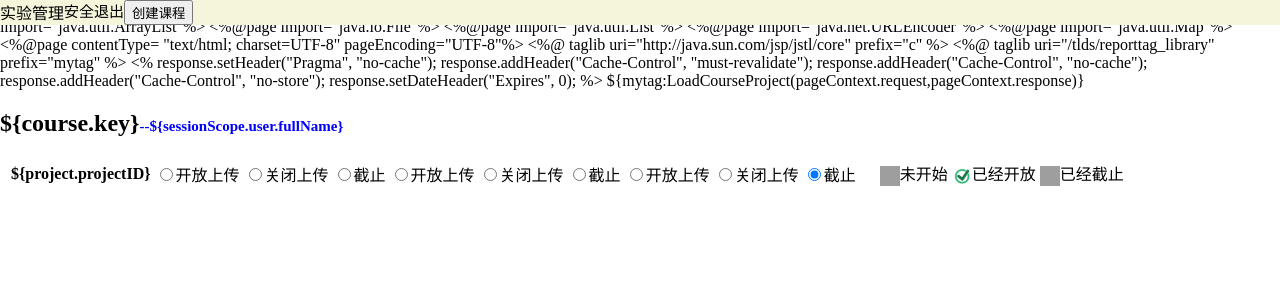
Repository: IAmJiangWenHao/ReportServer
Page: web/demo.html
These files come from the project's save history. The page is drawn as it stood at one moment and after the next save; the edit follows.
The browser window is 1280 px wide. The pictures show the whole page.
Pictures or frames that could not be fetched are drawn as grey boxes.

Above is the page before, as saved 2023-05-18 16:21:21.

### web/demo.html
<%@page import="com.report.javabeans.ExpClass"%>
<%@page import="com.report.javabeans.Project"%>
<%@page import="com.report.javabeans.User"%>
<%@page import="java.util.ArrayList"%>
<%@page import="java.io.File"%>
<%@page import="java.util.List"%>
<%@page import="java.net.URLEncoder"%>
<%@page import="java.util.Map"%>
<%@page contentType= "text/html; charset=UTF-8" pageEncoding="UTF-8"%>

<%@ taglib uri="http://java.sun.com/jsp/jstl/core" prefix="c" %>
<%@ taglib uri="/tlds/reporttag_library" prefix="mytag" %>
<!--script type="text/javascript" src="${pageContext.request.contextPath}/script/scriptV1.js?v=1.0"></script-->
<!DOCTYPE html>
<html>
  <%
    response.setHeader("Pragma", "no-cache");
    response.addHeader("Cache-Control", "must-revalidate");
    response.addHeader("Cache-Control", "no-cache");
    response.addHeader("Cache-Control", "no-store");
    response.setDateHeader("Expires", 0);
  %>
  <head>
    <meta http-equiv="Content-Type" content="text/html; charset=UTF-8">
    <title>实验上传系统 </title>
  </head>
  <body style="margin:0">
    ${mytag:LoadCourseProject(pageContext.request,pageContext.response)}
    <script>
      window.onload = function () {//Ajax实现更新项目状态
        var ratios = document.getElementsByTagName("input");//获取所有input（本页面的input只有单选按钮）
        var map = new Map();//记录单选按钮旧值
        for (var i = 0; i < ratios.length; i++) {
          map.set((i + 1).toString(), ratios[i].checked);
          //oninput事件在input的值发生改变时触发，这里监听单选按钮值得改变
          ratios[i].oninput = function () {
            var r = false;
            if (this.value === "deadline") {//是否选择截止
              //是否确认修改
              r = confirm("截止后不可再设置，确定截止？");
            }
            //取消截止
            if (this.value === "deadline" && r === false) {
              var list = document.getElementsByName(this.name);
              for (var j = 0; j < list.length; j++)
                list[j].checked = map.get(list[j].id);
              return;
            }
            ratioName = this.name;
            //确定截止，不允许再更改状态
            if (this.value === "deadline") {
              var list = document.getElementsByName(this.name);
              for (var j = 0; j < list.length; j++)
              {
                list[j].disabled = "disable";
                map.set(list[j].id, list[j].checked);
              }
            } else {
              var list = document.getElementsByName(this.name);
              for (var j = 0; j < list.length; j++)
                map.set(list[j].id, false);
              map.set(this.id, this.checked);
            }
            var formData = new FormData();//FormData 对象
            var course = ratioName.substr(0, ratioName.indexOf("-"));
            var project = ratioName.substr(ratioName.indexOf("-") + 1, ratioName.length - 1);
            //添加KV
            formData.append("project", project);//项目
            formData.append("course", course); //课程名
            formData.append("status", this.value);//状态
            var cell = document.getElementById(this.name);
            //显示实验项目状态提示信息
            cell.innerHTML = "&nbsp;&nbsp;&nbsp;&nbsp;&nbsp;";
            if (this.value === "open")
              cell.innerHTML += "<img style=\"vertical-align: middle;height:20px;width:20px\" src=\"./img/check.jpg\"/>已经开放";
            if (this.value === "close")
              cell.innerHTML += "<img style=\"vertical-align: middle;height:20px;width:20px\" src=\"./img/undone.png\"/>未开始";
            if (this.value === "deadline")
              cell.innerHTML += "<img style=\"vertical-align: middle;height:20px;width:20px\" src=\"./img/deadline.jpg\"/>已截止";
            //1.创建请求对象
            const xhr = new XMLHttpRequest();
            //2.设置请求行，这里用post(get请求数据写在url后面)
            //updateProject.do实现后端更新
            xhr.open("post", getAppPath() + "/updateProject.do");
            //3.设置请求头(get请求可以省略,post不发送数据也可以省略)
            //xhr.setRequestHeader("Content-type","application/x-www-form-urlencoded");
            // 用formData可以不写请求头，写了无法正常上传文件
            //4.请求主体发送(get请求为空，或者写null，post请求数据写在这里，
            //如果没有数据，直接为空或者写null)
            xhr.send(formData);
            //注册回调函数
            xhr.onload = function ()
            {
              if (xhr.readyState === 4)
              {
                if (xhr.status >= 200 && xhr.status <= 300)
                { //判断响应码 2XX 表示成功
                  console.log(xhr.response.toString());
                } else
                  console.log("响应码：" + xhr.status); //状态码
              } else
                console.log(xhr.readyState);
              ;
            };
          };
        }
        ;
      };
    </script>
    <script>
      function getAppPath() {
        //获取当前URL
        var curURL = window.document.location.href;
        //获取主机地址之后的路径部分（就是文件地址）
        var pathName = window.document.location.pathname;
        var pos = curURL.indexOf(pathName);
        //获取应用地址
        var host = curURL.substring(0, pos);
        //获取带"/"的应用名，如：/***
        var webAppName = pathName.substring(0, pathName.substr(1).indexOf('/') + 1);
        return host + webAppName;
      }
    </script>
    <script>
      var isIE = /msie/i.test(navigator.userAgent) && !window.opera;
      function fileChange(target, type) {
        var fileSize = 0;
        var filepath = target.value;
        var filemaxsize = 1024 * 5;//5M
        var flag = -1;
        if (filepath) {
          var fileend = filepath.substring(filepath.lastIndexOf("."));
          // alert(fileend);
          if (type && type.length > 0) {
            //alert(fileend.indexOf(type));
            if (fileend !== ".xlsx") {
              alert("只接受xlsx类型的文件！");
              target.value = "";
              return false;
            }
          }
        } else {
          return false;
        }
        if (isIE && !target.files) {
          var filePath = target.value;
          var fileSystem = new ActiveXObject("Scripting.FileSystemObject");
          if (!fileSystem.FileExists(filePath)) {
            alert("附件不存在，请重新输入！");
            return false;
          }
          var file = fileSystem.GetFile(filePath);
          fileSize = file.Size;
        } else {
          fileSize = target.files[0].size;
        }

        var size = fileSize / 1024;
        if (size > filemaxsize) {
          alert("附件大小不能大于" + filemaxsize / 1024 + "M！");
          target.value = "";
          return false;
        }
        if (size <= 0) {
          alert("附件大小不能为0M！");
          target.value = "";
          return false;
        }
      }
      function Check()
      {
        for (var i = 0; i < document.form1.elements.length - 1; i++)
        {
          if (document.form1.elements[i].value === "")
          {
            alert("不可空！");
            document.form1.elements[i].focus();
            return false;
          }
        }
        return true;
      }
      function cls() {
        var createCell = document.getElementById("createCourse");
        createCell.innerHTML = "";
      }

      function createCourse() {
        var createCell = document.getElementById("createCourse");
        createCell.innerHTML = "<form action=\"../uploadCourseServlet\" enctype=\"multipart/form-data\" method=\"post\" name=\"form1\" onSubmit=\"return Check()\"><table></tr><tr> <td>建课模板：</td><td><a href=\"实验课模板.xlsx\">下载</a></td></tr><tr><td>课程名：</td><td><input style=\" font-size:16px\" type=\"text\" name=\"courseName\" size=\"20\"/>(例：程序设计实验)</td></tr><tr><td>班级：</td><td><input style=\" font-size:16px\" type=\"text\" name=\"className\" size=\"20\"/>(例:信安201)</td></tr><tr> <td>文件：</td><td><input style=\" font-size:16px\" type=\"file\" name=\"file\" size=\"40\" id=\"fup\" onchange=\'fileChange(this,\".xlsx\");\'/></td><tr><td style=\"height:50px;\" align=\"right\" ><input style=\" font-size:16px\" type=\"submit\" value=\"提交\" size='30'/> </td><td align=\"left\"><input style=\" font-size:16px\" type=\"button\" value=\"关闭\" size='30' onclick=\"cls()\"/> </td></tr></table></form>";
      }
    </script>
    <div >
        <div style="display: flex; position: fixed; top: 0; width: 100%; background-color: beige;  height:auto;">
            <div color="black" > 实验管理</div>
            <div style="font-size:15px"><a style="color:black;text-decoration: none;" href="../exit">安全退出</a></div>
            <input type="button" value="创建课程" onclick="createCourse()">

        </div>

      <div id="createCourse">

      </div>


    <c:forEach var="course" items="${sessionScope.courseData}" varStatus="statusCourse">
      <h2> ${course.key}<font style="font-size:15px;color:blue">--${sessionScope.user.fullName}</font></h2><p>
      <table>
        <c:forEach var="project" items="${course.value}" varStatus="statusProject">
          <tr style=" height: 30px;border: 1px">
            <td>&nbsp;&nbsp;<b>${project.projectID}</b></td>
            <td><!-- 3.一组单选按钮 radio（同name），只能选一个
                     request.getParameter("***")-->
              <c:if test="${project.state==0}">
                <input type="radio" id="${"course".concat(statusCourse.count).concat(statusProject.count).concat(1)}"  name="${course.key.concat("-").concat(project.projectID)}" value="open">开放上传
                <input type="radio" id="${"course".concat(statusCourse.count).concat(statusProject.count).concat(1)}"  name="${course.key.concat("-").concat(project.projectID)}" value="close" checked="true">关闭上传
                <input type="radio" id="${"course".concat(statusCourse.count).concat(statusProject.count).concat(1)}"  name="${course.key.concat("-").concat(project.projectID)}" value="deadline">截止
              </c:if>
              <c:if test="${project.state==1}">
                <input type="radio" id="${"course".concat(statusCourse.count).concat(statusProject.count).concat(1)}"  name="${course.key.concat("-").concat(project.projectID)}" value="open" checked="true">开放上传
                <input type="radio" id="${"course".concat(statusCourse.count).concat(statusProject.count).concat(1)}"  name="${course.key.concat("-").concat(project.projectID)}" value="close" >关闭上传
                <input type="radio" id="${"course".concat(statusCourse.count).concat(statusProject.count).concat(1)}"  name="${course.key.concat("-").concat(project.projectID)}" value="deadline">截止
              </c:if>
              <c:if test="${project.state==2}">
                <input type="radio" id="${"course".concat(statusCourse.count).concat(statusProject.count).concat(1)}"  name="${course.key.concat("-").concat(project.projectID)}" value="open">开放上传
                <input type="radio" id="${"course".concat(statusCourse.count).concat(statusProject.count).concat(1)}"  name="${course.key.concat("-").concat(project.projectID)}" value="close" >关闭上传
                <input type="radio" id="${"course".concat(statusCourse.count).concat(statusProject.count).concat(1)}"  name="${course.key.concat("-").concat(project.projectID)}" value="deadline" checked="true">截止
              </c:if>
            </td>
            <td id="${course.key.concat("-").concat(project.projectID)}">&nbsp;&nbsp;&nbsp;&nbsp;
              <c:if test="${project.state==0}" >
                <img style="vertical-align: middle;height:20px;width:20px" alt="" src="../img/undone.jpg"/>未开始
              </c:if>
              <c:if test="${project.state==1}" >
                <img style="vertical-align: middle;height:20px;width:20px" alt="" src="../img/check.jpg"/>已经开放
              </c:if>
              <c:if test="${project.state==2}" >
                <img style="vertical-align: middle;height:20px;width:20px" alt="" src="../img/deadline.png"/>已经截止
              </c:if>
            </td>
          </tr>
        </c:forEach>
      </table>
    </c:forEach>
  </div>
</body>
</html>

After the next save:
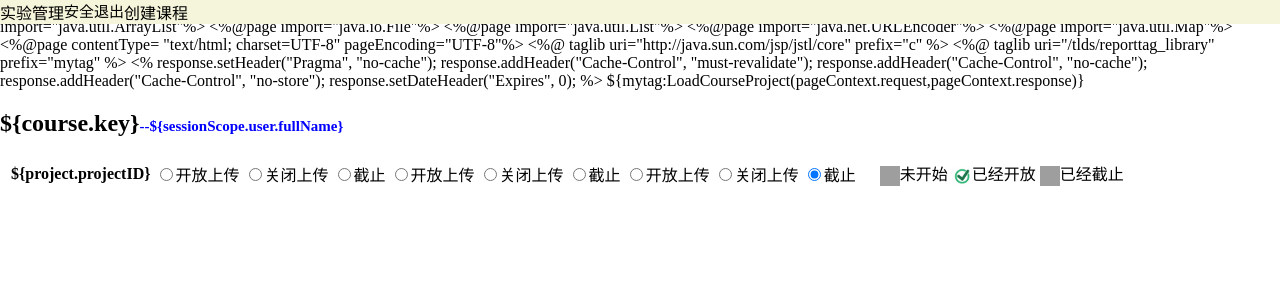
Saved 33 s later.
--- a/web/demo.html
+++ b/web/demo.html
@@ -194,7 +194,7 @@
         <div style="display: flex; position: fixed; top: 0; width: 100%; background-color: beige;  height:auto;">
             <div color="black" > 实验管理</div>
             <div style="font-size:15px"><a style="color:black;text-decoration: none;" href="../exit">安全退出</a></div>
-            <input type="button" value="创建课程" onclick="createCourse()">
+            <div type="button" onclick="createCourse()">创建课程</div>
 
         </div>
 
